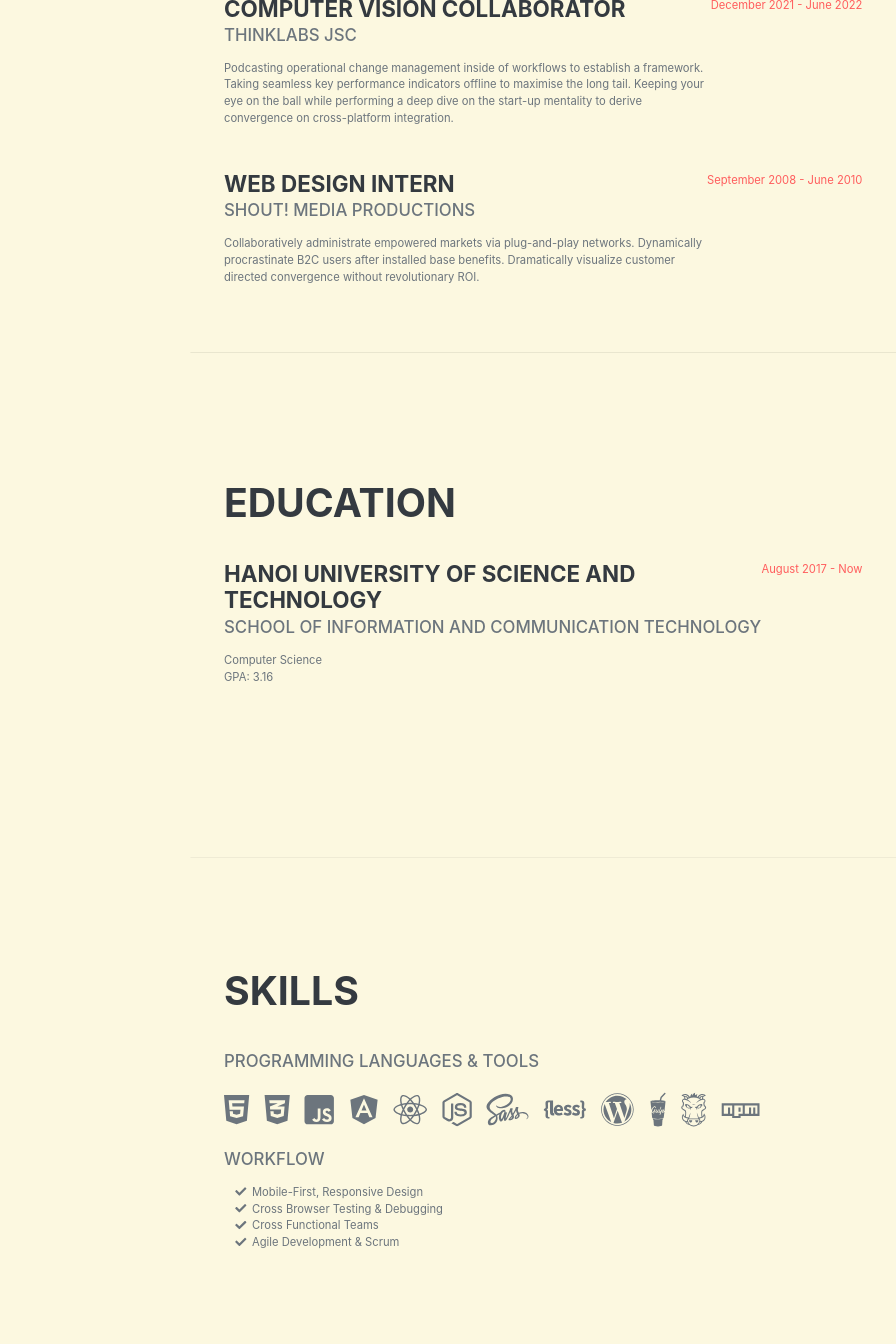
Repository: nguyenlcc/Online-CV
Page: index.html
An editor plug-in stored every save of this project. The page is shown before and after the next save, followed by the edit.
The browser window is 1280 px wide. The pictures show the part of the page from y = 1423 to 3343 px (the page is 4810 px tall before and 4631 px after), at 70% of full size.
Some web fonts or font styles are not loaded; a fallback is used. Some web libraries are served in a nearby version.

Above is the page before, as saved 2022-05-23 00:21:15.

### index.html
<!DOCTYPE html>
<html lang="en">
  <head>
    <meta charset="utf-8" />
    <meta
      name="viewport"
      content="width=device-width, initial-scale=1, shrink-to-fit=no"
    />
    <meta name="description" content="" />
    <meta name="author" content="" />
    <title>Le Cong Nguyen</title>
    <link rel="icon" type="image/x-icon" href="assets/img/favicon.ico" />
    <!-- Font Awesome icons (free version)-->
    <script
      src="https://use.fontawesome.com/releases/v5.13.0/js/all.js"
      crossorigin="anonymous"
    ></script>
    <!-- Google fonts-->
    <link
      href="https://fonts.googleapis.com/css?family=Saira+Extra+Condensed:500,700"
      rel="stylesheet"
      type="text/css"
    />
    <link
      href="https://fonts.googleapis.com/css?family=Muli:400,400i,800,800i"
      rel="stylesheet"
      type="text/css"
    />
    <!-- Core theme CSS (includes Bootstrap)-->
    <link href="css/styles.css" rel="stylesheet" />
  </head>
  <body id="page-top">
    <!-- Navigation-->
    <nav
      class="navbar navbar-expand-lg navbar-dark bg-primary fixed-top"
      id="sideNav"
    >
      <a class="navbar-brand js-scroll-trigger" href="#page-top">
        <span class="d-block d-lg-none">LE CONG NGUYEN</span>
        <span class="d-none d-lg-block"
          ><img
            class="img-fluid img-profile rounded-circle mx-auto mb-2"
            src="assets/img/profile.jpg"
            alt=""
        /></span>
      </a>
      <button
        class="navbar-toggler"
        type="button"
        data-toggle="collapse"
        data-target="#navbarSupportedContent"
        aria-controls="navbarSupportedContent"
        aria-expanded="false"
        aria-label="Toggle navigation"
      >
        <span class="navbar-toggler-icon"></span>
      </button>
      <div class="collapse navbar-collapse" id="navbarSupportedContent">
        <ul class="navbar-nav">
          <li class="nav-item">
            <a class="nav-link js-scroll-trigger" href="#about">About</a>
          </li>
          <li class="nav-item">
            <a class="nav-link js-scroll-trigger" href="#experience"
              >Experience</a
            >
          </li>
          <li class="nav-item">
            <a class="nav-link js-scroll-trigger" href="#education"
              >Education</a
            >
          </li>
          <li class="nav-item">
            <a class="nav-link js-scroll-trigger" href="#skills">Skills</a>
          </li>
          <li class="nav-item">
            <a class="nav-link js-scroll-trigger" href="#interests"
              >Interests</a
            >
          </li>
          <li class="nav-item">
            <a class="nav-link js-scroll-trigger" href="#awards">Awards</a>
          </li>
        </ul>
      </div>
    </nav>
    <!-- Page Content-->
    <div class="container-fluid p-0">
      <!-- About-->
      <section class="resume-section" id="about">
        <div class="resume-section-content">
          <h1 class="mb-0">
            LE CONG
            <span class="text-primary">NGUYEN</span>
          </h1>
          <div class="subheading mb-5">
            THINH LIET, HOANG MAI, HA NOI · 0904532091 ·
            <a href="mailto:name@email.com">nguyen.lc41@gmail.com</a>
          </div>
          <p class="lead mb-5">
            I am experienced in leveraging agile frameworks to provide a robust
            synopsis for high level overviews. Iterative approaches to corporate
            strategy foster collaborative thinking to further the overall value
            proposition.
          </p>
          <div class="social-icons">
            <a class="social-icon" href="https://www.linkedin.com/in/nguy%C3%AAn-l%C3%AA-c%C3%B4ng-0b1731233/"
              ><i class="fab fa-linkedin-in"></i
            ></a>
            <a class="social-icon" href="https://github.com/nguyenlecong"><i class="fab fa-github"></i></a>
            <a class="social-icon" href="https://twitter.com/vi3ix_"><i class="fab fa-twitter"></i></a>
            <a class="social-icon" href="https://www.facebook.com/nguyenlc5139/"
              ><i class="fab fa-facebook-f"></i
            ></a>
          </div>
        </div>
      </section>
      <hr class="m-0" />
      <!-- Experience-->
      <section class="resume-section" id="experience">
        <div class="resume-section-content">
          <h2 class="mb-5">Experience</h2>
          <div
            class="d-flex flex-column flex-md-row justify-content-between mb-5"
          >
            <div class="flex-grow-1">
              <h3 class="mb-0">Computer Vision Intern</h3>
              <div class="subheading mb-3">Arrow Technologies Vietnam</div>
              <p>
                Bring to the table win-win survival strategies to ensure
                proactive domination. At the end of the day, going forward, a
                new normal that has evolved from generation X is on the runway
                heading towards a streamlined cloud solution. User generated
                content in real-time will have multiple touchpoints for
                offshoring.
              </p>
            </div>
            <div class="flex-shrink-0">
              <span class="text-primary">September 2020 - December 2020</span>
            </div>
          </div>
          <div
            class="d-flex flex-column flex-md-row justify-content-between mb-5"
          >
            <div class="flex-grow-1">
              <h3 class="mb-0">Machine Learning Intern</h3>
              <div class="subheading mb-3">IBM Vietnam</div>
              <p>
                Capitalize on low hanging fruit to identify a ballpark value
                added activity to beta test. Override the digital divide with
                additional clickthroughs from DevOps. Nanotechnology immersion
                along the information highway will close the loop on focusing
                solely on the bottom line.
              </p>
            </div>
            <div class="flex-shrink-0">
              <span class="text-primary">June 2021 - September 2021</span>
            </div>
          </div>
          <div
            class="d-flex flex-column flex-md-row justify-content-between mb-5"
          >
            <div class="flex-grow-1">
              <h3 class="mb-0">Computer Vision Collaborator</h3>
              <div class="subheading mb-3">ThinkLABs JSC</div>
              <p>
                Podcasting operational change management inside of workflows to
                establish a framework. Taking seamless key performance
                indicators offline to maximise the long tail. Keeping your eye
                on the ball while performing a deep dive on the start-up
                mentality to derive convergence on cross-platform integration.
              </p>
            </div>
            <div class="flex-shrink-0">
              <span class="text-primary">December 2021 - June 2022</span>
            </div>
          </div>
          <div class="d-flex flex-column flex-md-row justify-content-between">
            <div class="flex-grow-1">
              <h3 class="mb-0">Web Design Intern</h3>
              <div class="subheading mb-3">Shout! Media Productions</div>
              <p>
                Collaboratively administrate empowered markets via plug-and-play
                networks. Dynamically procrastinate B2C users after installed
                base benefits. Dramatically visualize customer directed
                convergence without revolutionary ROI.
              </p>
            </div>
            <div class="flex-shrink-0">
              <span class="text-primary">September 2008 - June 2010</span>
            </div>
          </div>
        </div>
      </section>
      <hr class="m-0" />
      <!-- Education-->
      <section class="resume-section" id="education">
        <div class="resume-section-content">
          <h2 class="mb-5">Education</h2>
          <div
            class="d-flex flex-column flex-md-row justify-content-between mb-5"
          >
            <div class="flex-grow-1">
              <h3 class="mb-0">HANOI UNIVERSITY OF SCIENCE AND TECHNOLOGY</h3>
              <div class="subheading mb-3">
                SCHOOL OF INFORMATION AND COMMUNICATION TECHNOLOGY
              </div>
              <div>Computer Science</div>
              <p>GPA: 3.16</p>
            </div>
            <div class="flex-shrink-0">
              <span class="text-primary">August 2017 - Now</span>
            </div>
          </div>
          <!-- <div class="d-flex flex-column flex-md-row justify-content-between">
            <div class="flex-grow-1">
              <h3 class="mb-0">James Buchanan High School</h3>
              <div class="subheading mb-3">Technology Magnet Program</div>
              <p>GPA: 3.56</p>
            </div>
            <div class="flex-shrink-0">
              <span class="text-primary">August 2002 - May 2006</span>
            </div> -->
          </div>
        </div>
      </section>
      <hr class="m-0" />
      <!-- Skills-->
      <section class="resume-section" id="skills">
        <div class="resume-section-content">
          <h2 class="mb-5">Skills</h2>
          <div class="subheading mb-3">Programming Languages & Tools</div>
          <ul class="list-inline dev-icons">
            <li class="list-inline-item"><i class="fab fa-html5"></i></li>
            <li class="list-inline-item"><i class="fab fa-css3-alt"></i></li>
            <li class="list-inline-item"><i class="fab fa-js-square"></i></li>
            <li class="list-inline-item"><i class="fab fa-angular"></i></li>
            <li class="list-inline-item"><i class="fab fa-react"></i></li>
            <li class="list-inline-item"><i class="fab fa-node-js"></i></li>
            <li class="list-inline-item"><i class="fab fa-sass"></i></li>
            <li class="list-inline-item"><i class="fab fa-less"></i></li>
            <li class="list-inline-item"><i class="fab fa-wordpress"></i></li>
            <li class="list-inline-item"><i class="fab fa-gulp"></i></li>
            <li class="list-inline-item"><i class="fab fa-grunt"></i></li>
            <li class="list-inline-item"><i class="fab fa-npm"></i></li>
          </ul>
          <div class="subheading mb-3">Workflow</div>
          <ul class="fa-ul mb-0">
            <li>
              <span class="fa-li"><i class="fas fa-check"></i></span>
              Mobile-First, Responsive Design
            </li>
            <li>
              <span class="fa-li"><i class="fas fa-check"></i></span>
              Cross Browser Testing & Debugging
            </li>
            <li>
              <span class="fa-li"><i class="fas fa-check"></i></span>
              Cross Functional Teams
            </li>
            <li>
              <span class="fa-li"><i class="fas fa-check"></i></span>
              Agile Development & Scrum
            </li>
          </ul>
        </div>
      </section>
      <hr class="m-0" />
      <!-- Interests-->
      <section class="resume-section" id="interests">
        <div class="resume-section-content">
          <h2 class="mb-5">Interests</h2>
          <p>
            Apart from being a web developer, I enjoy most of my time being
            outdoors. In the winter, I am an avid skier and novice ice climber.
            During the warmer months here in Colorado, I enjoy mountain biking,
            free climbing, and kayaking.
          </p>
          <p class="mb-0">
            When forced indoors, I follow a number of sci-fi and fantasy genre
            movies and television shows, I am an aspiring chef, and I spend a
            large amount of my free time exploring the latest technology
            advancements in the front-end web development world.
          </p>
        </div>
      </section>
      <hr class="m-0" />
      <!-- Awards-->
      <section class="resume-section" id="awards">
        <div class="resume-section-content">
          <h2 class="mb-5">Awards & Certifications</h2>
          <ul class="fa-ul mb-0">
            <li>
              <span class="fa-li"
                ><i class="fas fa-trophy text-warning"></i
              ></span>
              Silver Medal for Excellence in Mathematics on Casio Calculator in 12th Grade
            </li>
            <li>
              <span class="fa-li"
                ><i class="fas fa-trophy text-warning"></i
              ></span>
              Consolation Prize in the Provincial Examination for Excellent Students in Mathematics in 12th Grade
            </li>
            <li>
              <span class="fa-li"
                ><i class="fas fa-trophy text-warning"></i
              ></span>
              Level B of Scholarships for the Term 2 of the School Year 2020-2021, Hanoi University of Science and Technology
            </li>
            <li>
              <span class="fa-li"
                ><i class="fas fa-trophy text-warning"></i
              ></span>
              Level A of Scholarships for the Term 1 of the School Year 2021-2022, Hanoi University of Science and Technology
            </li>
          </ul>
        </div>
      </section>
    </div>
    <!-- Bootstrap core JS-->
    <script src="https://cdnjs.cloudflare.com/ajax/libs/jquery/3.5.1/jquery.min.js"></script>
    <script src="https://stackpath.bootstrapcdn.com/bootstrap/4.5.0/js/bootstrap.bundle.min.js"></script>
    <!-- Third party plugin JS-->
    <script src="https://cdnjs.cloudflare.com/ajax/libs/jquery-easing/1.4.1/jquery.easing.min.js"></script>
    <!-- Core theme JS-->
    <script src="js/scripts.js"></script>
  </body>
</html>

### js/scripts.js
/*!
    * Start Bootstrap - Resume v6.0.1 (https://startbootstrap.com/template-overviews/resume)
    * Copyright 2013-2020 Start Bootstrap
    * Licensed under MIT (https://github.com/StartBootstrap/startbootstrap-resume/blob/master/LICENSE)
    */
    (function ($) {
    "use strict"; // Start of use strict

    // Smooth scrolling using jQuery easing
    $('a.js-scroll-trigger[href*="#"]:not([href="#"])').click(function () {
        if (
            location.pathname.replace(/^\//, "") ==
                this.pathname.replace(/^\//, "") &&
            location.hostname == this.hostname
        ) {
            var target = $(this.hash);
            target = target.length
                ? target
                : $("[name=" + this.hash.slice(1) + "]");
            if (target.length) {
                $("html, body").animate(
                    {
                        scrollTop: target.offset().top,
                    },
                    1000,
                    "easeInOutExpo"
                );
                return false;
            }
        }
    });

    // Closes responsive menu when a scroll trigger link is clicked
    $(".js-scroll-trigger").click(function () {
        $(".navbar-collapse").collapse("hide");
    });

    // Activate scrollspy to add active class to navbar items on scroll
    $("body").scrollspy({
        target: "#sideNav",
    });
})(jQuery); // End of use strict

Loaded but not shown: css/styles.css (library)

After the next save:
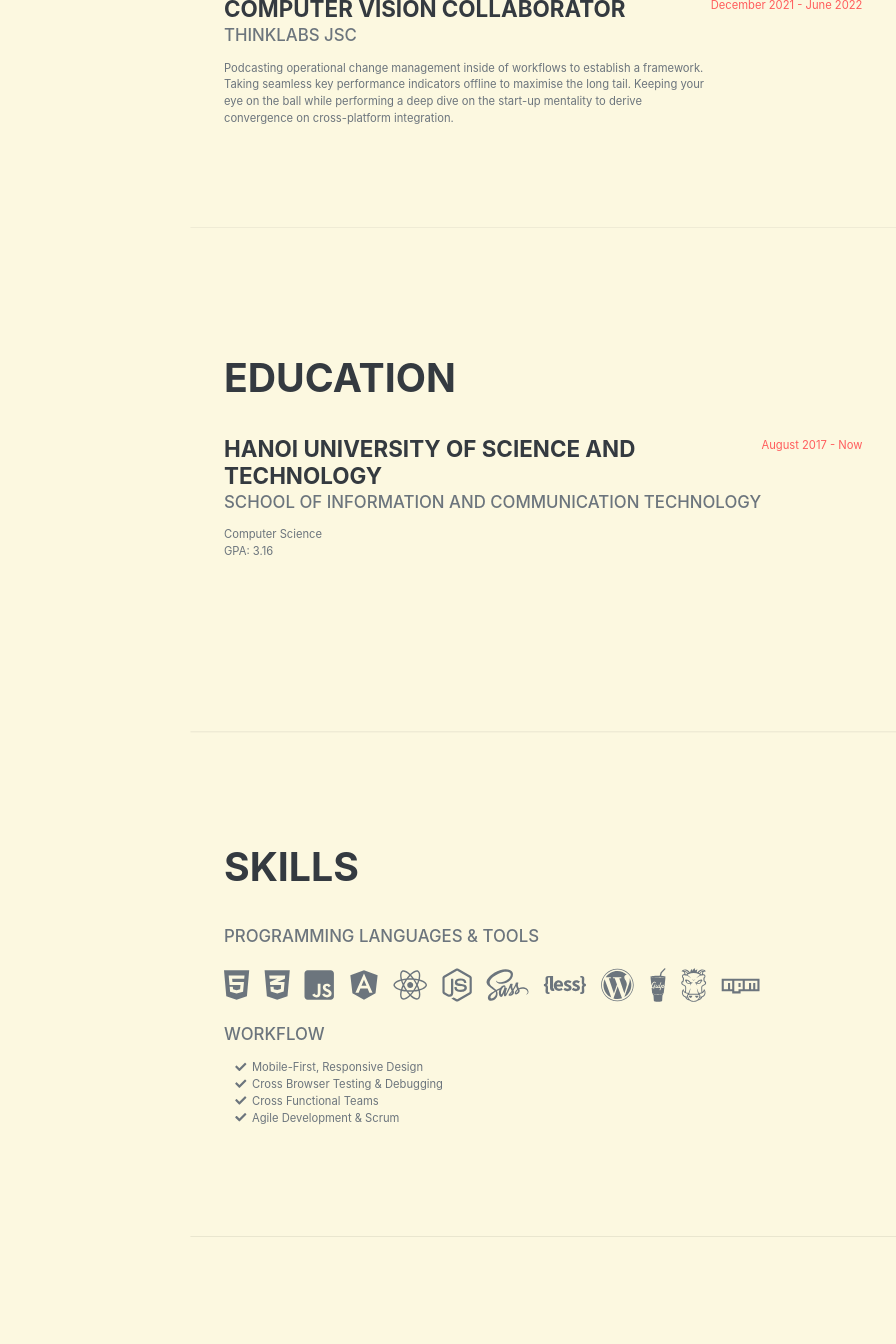
Saved 53 s later.
--- a/index.html
+++ b/index.html
@@ -175,21 +175,6 @@
               <span class="text-primary">December 2021 - June 2022</span>
             </div>
           </div>
-          <div class="d-flex flex-column flex-md-row justify-content-between">
-            <div class="flex-grow-1">
-              <h3 class="mb-0">Web Design Intern</h3>
-              <div class="subheading mb-3">Shout! Media Productions</div>
-              <p>
-                Collaboratively administrate empowered markets via plug-and-play
-                networks. Dynamically procrastinate B2C users after installed
-                base benefits. Dramatically visualize customer directed
-                convergence without revolutionary ROI.
-              </p>
-            </div>
-            <div class="flex-shrink-0">
-              <span class="text-primary">September 2008 - June 2010</span>
-            </div>
-          </div>
         </div>
       </section>
       <hr class="m-0" />
